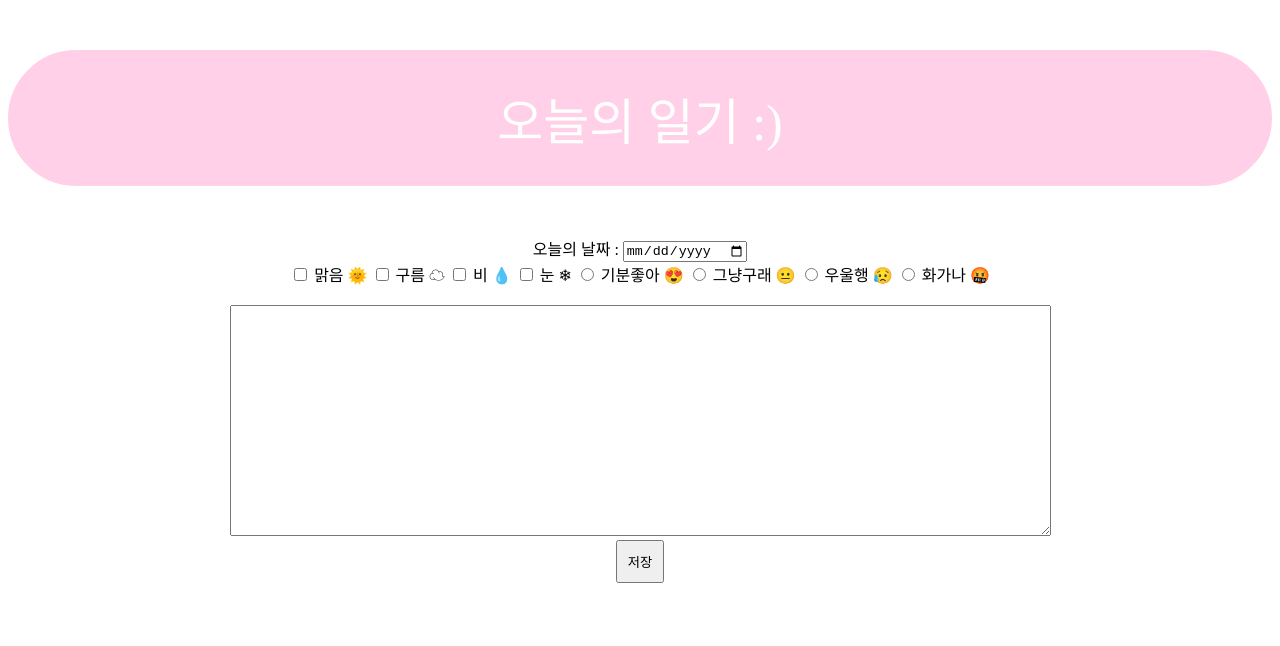
Repository: seoyeon0619/WebProgramming
Page: http://localhost/myhome1/일기쓰기.jsp
An editor plug-in stored every save of this project. The page is shown before and after the next save, followed by the edit.
The browser window is 1280 px wide. The pictures show the whole page.
Some web fonts or font styles are not loaded; a fallback is used. The page is served by Tomcat 9.

Above is the page before, as saved 2022-12-29 07:47:06.

After the next save:
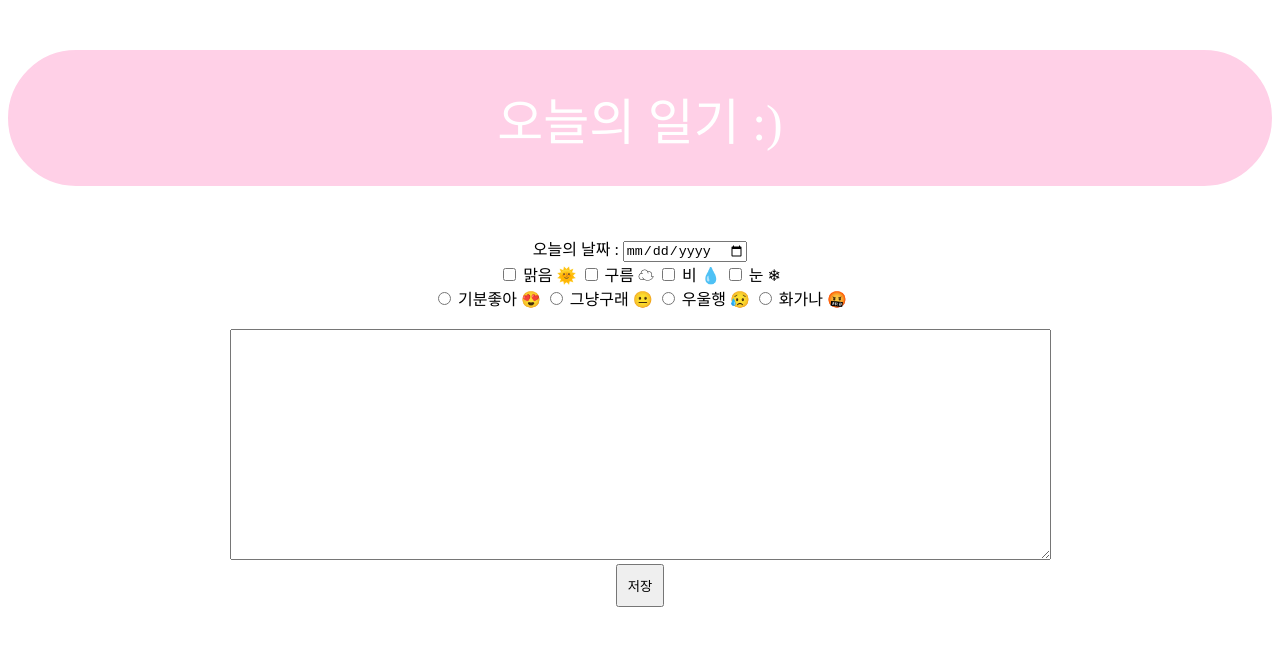
Saved 8 s later.
--- a/workspace1/myhome1/src/main/webapp/일기쓰기.jsp
+++ b/workspace1/myhome1/src/main/webapp/일기쓰기.jsp
@@ -47,7 +47,7 @@ button{
         <input type="checkbox" name="lan2" id="sel3" value="3">
         <label for="sel3">비 💧</label>
         <input type="checkbox" name="lan2" id="sel4" value="4">
-        <label for="sel4">눈 ❄</label>
+        <label for="sel4">눈 ❄</label></br>
 
 
 
